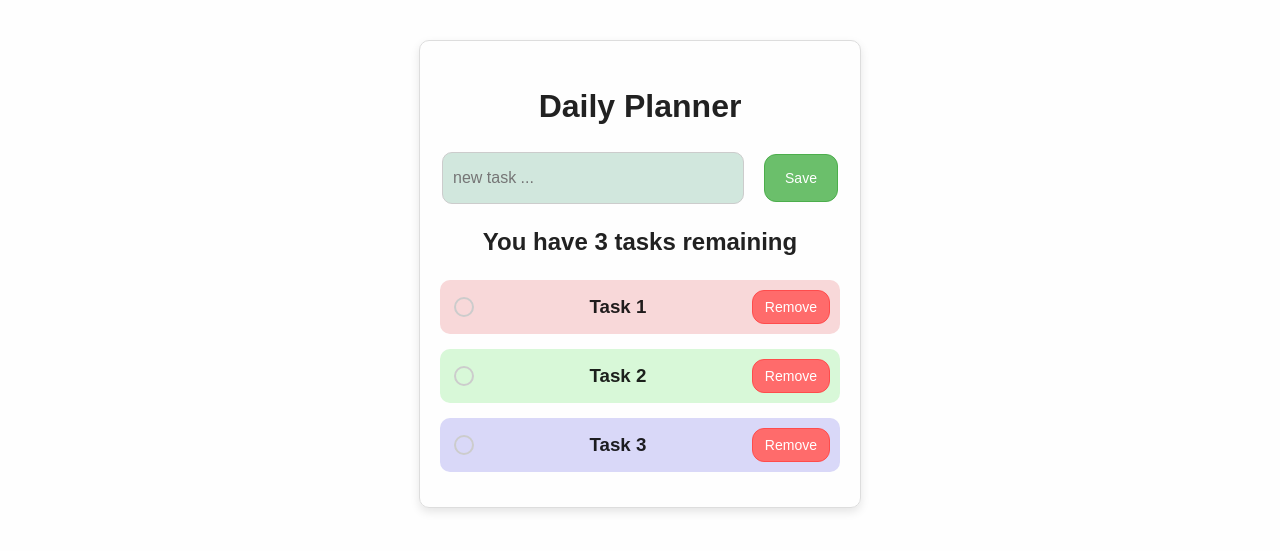
Repository: Zalida-Khan/Frontend-Lab4
Page: /
The author's editor kept a copy of each file at every save. The page is drawn from the files as they stood at one save, then again after the next save.
The browser window is 1280 px wide. The pictures show the whole page.
The project was rebuilt for these pictures with package versions that can differ from the ones it lists, and the page was loaded fresh each time. Also part of the build but not shown: vite.config.js.

Above is the page before, as saved 2024-10-22 00:18:11.

After the next save:
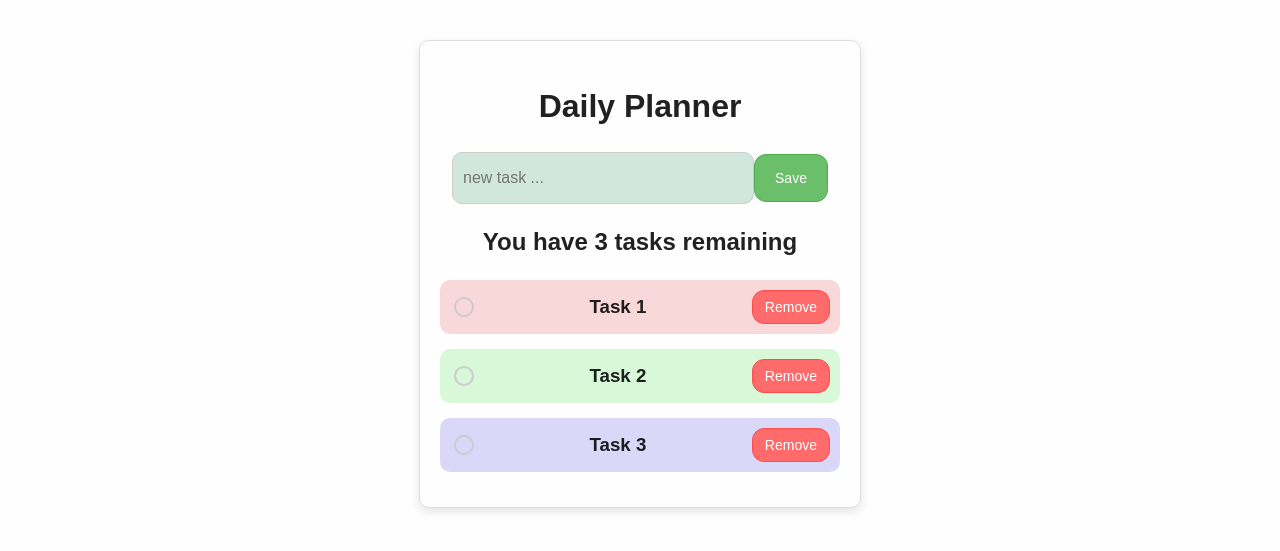
Saved 8 s later.
--- a/src/App.css
+++ b/src/App.css
@@ -117,7 +117,6 @@
   padding: 10px;
   border-radius: 10px;
   background-color:#d1e7dd;
-  margin-right: 20px;
   border: 1px solid #ccc;
   font-size: 16px;
   outline: none;

After the save that followed:
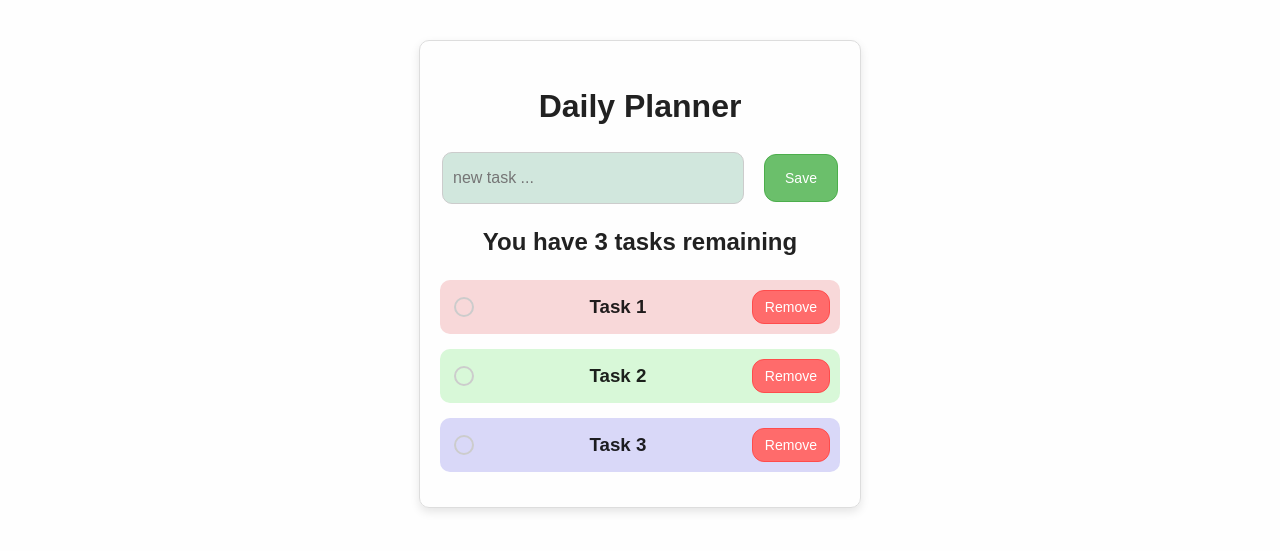
Saved 5 s later.
--- a/src/App.css
+++ b/src/App.css
@@ -117,6 +117,7 @@
   padding: 10px;
   border-radius: 10px;
   background-color:#d1e7dd;
+  margin-right: 20px;
   border: 1px solid #ccc;
   font-size: 16px;
   outline: none;
